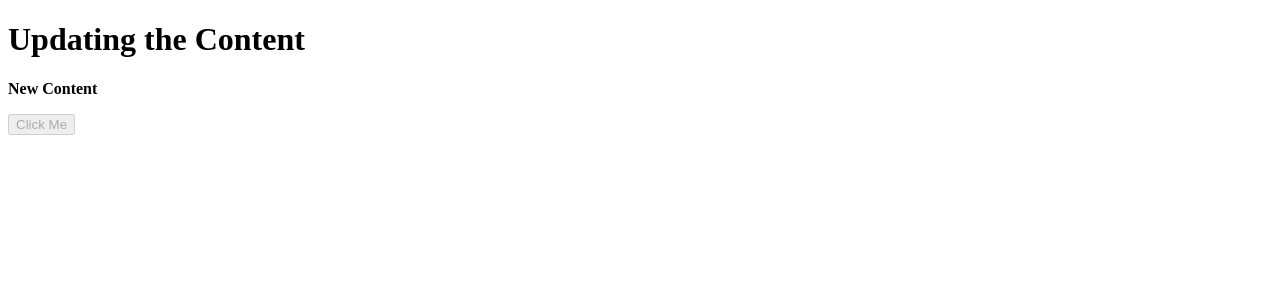
Repository: Jyoshika1263/Java-Training_Genpact
Page: shop/src/main/resources/static/index.html
These files come from the project's save history. The page is drawn as it stood at one moment and after the next save; the edit follows.
The browser window is 1280 px wide. The pictures show the whole page.

Above is the page before, as saved 2025-02-27 10:40:02.

### shop/src/main/resources/static/index.html
<!--
<!DOCTYPE html>
<html lang="en">
<head>
<meta charset="UTF-8">
<meta name="viewport" content="width=device-width, initial-scale=1.0">
<title>Welcome to javascript</title>
<style>
        body {
            font-family: Arial, sans-serif;
            margin: 20px;
        }
        h1 {
            color: #333;
        }
        table {
            width: 100%;
            border-collapse: collapse;
        }
        th, td {
            border: 1px solid #ddd;
            padding: 8px;
            text-align: left;
        }
        th {
            background-color: #f2f2f2;
        }
        tr:nth-child(even) {
            background-color: #f9f9f9;
        }
        tr:hover {
            background-color: #f1f1f1;
        }
</style>
</head>
<body>
<h1>Welcome to Online Book Shop</h1>
<table>
<tr>
<th>BookID</th>
<th>Title</th>
<th>Author</th>
<th>Price</th>
</tr>
<tr>
<td>1</td>
<td>Book1</td>
<td>author1</td>
<td>99</td>
</tr>
<tr>
<td>2</td>
<td>B</td>
<td>bb</td>
<td>500</td>
</tr>
<tr>
<td>3</td>
<td>C</td>
<td>cc</td>
<td>200</td>
</tr>
</table>
</body>
</html>
-->




<!--
<!DOCTYPE html>
<html lang="en">
<head>
    <meta charset="UTF-8">
    <meta name="viewport" content="width=device-width, initial-scale=1.0">
    <title>Book Form</title>
    <link rel="stylesheet" href="style.css">
</head>
<body>

<h2>Book form</h2>

<form action="/submit" method="post">
    <label for="name">Book Name:</label>
    <input type="text" id="name" name="name" required>

    <label for="email">Author:</label>
    <input type="email" id="email" name="email" required>

    <label for="message">Price:</label>
    <textarea id="message" name="message" rows="4" required></textarea>

    <button type="submit">Add book</button>
</form>

</body>
</html>
-->

<!DOCTYPE html>
<html>
<head>
<title> Online Book Shop </title>
</head>
<body>
<h1 id='heading'> Welcome to JavaScript</h1>
<p class="message"> Welcome to javaScript </p>
<button id='btn'>Click Me</button>
</body>
<script>

		/*function example(){
			let x=10;
			if(true){
				let  x =20
				console.log(x);
			}
			console.log(x);
		}
		example();
		*/
		function example1(){
			console.log(5 == '5');  // Equal to (Loose comparison) -> true (only checks value)
			console.log(5 === '5'); // Strict equal to -> false (checks type and value)

			console.log(5 != '5');  // Not equal -> false
			console.log(5 !== '5'); // Strict not equal -> true

			// Logical Operators
			console.log(5 > 3 && 5 > 2);  // AND (both conditions must be true) -> true
			console.log(5 > 3 || 5 < 2);  // OR (at least one condition is true) -> true
			console.log(!(5 > 3));        // NOT (negates the condition) -> false
			   let a = 10;
	            let b = 20;
	            let c = "20";
	            console.log('Arithmetic Operators:');
	            console.log('a + b =', a + b);
	            console.log('a - b =', a - b);
	            console.log('a * b =', a * b);
	            console.log('a / b =', a / b);
	            console.log('a % b =', a % b);
	            console.log('a++ =', a++);
	            console.log('++a =', ++a);
	            console.log('a-- =', a--);
	            console.log('--a =', --a);

			let name = "Tanuj";
		    console.log("Hello, " + name + " Welcome");

		    name = "Tanuj";
		    console.log(`Hello, ${name} Welcome`);

		    let text = "This is line1. \n" + "This is line2.";
		    console.log(text);

		    text = `This is line1.
					This is line2.`;
		    console.log(text);

		    let product = "Laptop";
		    let price = 55000;
		    console.log(`The price of ${product} is ${price}`);

		    let text1 = "JavaScript Learning..."

		    	console.log(text1.length); //->return string length
		    	console.log(text1.toUpperCase());
		    	console.log(text1.toLowerCase());
		    	console.log(text1.trim());
		    	console.log(text1.slice(2,10));
		    	console.log(text1.replace("Java","type"));
		    	//console.log(text.split(separator));
		    	console.log(text1.split(","));


		    	//index from 0
		    	//accesss array elemnts ->array

		    	//Array methods :
		    		//Array methods
    let numbers = [10, 20, 30, 40, 50];
    let gadgets = ["Laptop", "Smartphone", "TV"];
    console.log(gadgets[2]);

    gadgets.push("Earphone");
    console.log(gadgets);

    gadgets.pop();
    console.log(gadgets);

    gadgets.shift();
    console.log(gadgets);

    gadgets.unshift("Mic");
    console.log(gadgets);

    console.log(gadgets.indexOf("Smartphone"));
    console.log(gadgets.includes("Earphone"));

    console.log(gadgets.slice(1, 2));

    gadgets.splice(1, 2);
    console.log(gadgets);

    console.log(gadgets.join(" - "));

    gadgets.reverse();
    console.log(gadgets);

    gadgets.sort();
    console.log(gadgets);

    gadgets.forEach(gadget => console.log(gadget));

    let squaredNumbers = numbers.map(num => num * num);
    console.log(squaredNumbers);

		    	// console.log(gadgets.push("Earphone"));
		    	// console.log(gadgets.pop()); // ->remove last item ->
		    	// console.log(gadgets.shift()); //-> remove first item ->
		    	// console.log(gadgets.unshift("Mic")); // -> add item at beginning of array ->
		    	// console.log(gadgets.indexOf(2)); //-> find a index of value
		    	 //console.log(gadgets.includes(3)); // ->check if value exsist
		    	// console.log(gadgets.slice(1,3)); // ->return part of an array
		    	 //console.log(gadgets.splice(1,2)); // ->remove item ->gadgets(index,count) -> start from index1 and remove 2 elemts
		    	// console.log(gadgets.join("-")); //.join(separator) ->convert array into string ->
		    	// console.log(gadgets.reverse()); // -> reverse array
		    	 //console.log(gadgets.sort()); // ->sort array

		    	//looping through array

		    	//->using for Each
		    	gadgets.forEach((gadget) => console.log(gadget));

		    	//->map() ->return s new arrays
		    	num=1;
		    	let squarednumbers = numbers.map(num => num*num);
		    	// Deleting a property from an object
		    	let person = {
		    	    name: "John",
		    	    age: 30,
		    	    hasVoterCard: true
		    	};

		    	delete person.hasVoterCard;
		    	console.log(person);  // { name: "John", age: 30 }

		    	// Objects can have functions as properties
		    	let user = {
		    	    name: "Tanuj",
		    	    greet: function() {
		    	console.log(`Hello, my name is ${this.name}`);
		    	    }
		    	};

		    	user.greet();  // Output: Hello, my name is Tanuj

		    	// Object Destructuring (ES6)
		    	// Extract object properties using shorter syntax
		    	let personData = { name1: "Ajay", age: 25, city: "Delhi" };
		    	let { name1, age, city } = personData;
		    	console.log(age);  // Output: 25

		    	// Object Spread Operator (ES6)
		    	// Used for copying or merging objects

		    	// Copy objects
		    	let obj1 = { a: 12, b: 15 };
		    	let obj2 = { ...obj1, c: 20 };
		    	console.log(obj2);  // Output: { a: 12, b: 15, c: 20 }

		    	// Merge objects
		    	let userP = { name2: "Tanuj", age: 25 };
		    	let userLoc = { city: "MP", country: "India" };
		    	let userAll = { ...userP, ...userLoc };

		    	console.log(userAll);
		    	// Output: { name: "Tanuj", age: 25, city: "MP", country: "India" }
		    	for (let key in person) {
		            console.log(key + ": " + person[key]);
		        }

		        for (let gadget of gadgets) {
		            console.log(gadget);
		        }

		        for (let number of numbers) {
		            console.log(number);
		        }



		        const add = function(a, b) {
		            return a + b;
		        };
		        console.log(add(4, 5));

		        const multiply = (x, y) => x * y;
		        console.log(multiply(12, 23));

		        const cube = x => x * x * x;
		        console.log(cube(5));

		        const greet = (name) => {
		            let message = `Hello, ${name}, Welcome`;
		            return message;
		        };
		        console.log(greet("Tanuj"));

		        // Higher Order Function (HOF)
		        const hofExample = (fn, x, y) => {
		            return fn(x, y);
		        };
		        console.log(hofExample(add, 4, 5));

		        // Object with function as property
		        let user2 = {
		            name: "Tanuj",
		            greet: function() {
		                console.log(`Hello, my name is ${this.name}`);
		            }
		        }


		// HotelManagementSystem

		// Sample hotel rooms data
		const hotelRooms = [
		    { type: "standard", price: 5000, available: true },
		    { type: "deluxe", price: 10000, available: true },
		    { type: "suite", price: 15000, available: false },
		    { type: "presidential", price: 20000, available: true }
		];

		// Function to find available rooms based on price range
		function findAvailableRooms(rooms, minPrice, maxPrice) {
		    return rooms.filter(room =>
		        room.available && room.price >= minPrice && room.price <= maxPrice
		    ).map(room => ({
		        type: room.type,
		        price: room.price
		    }));
		}

		// Function call
		const availableRooms = findAvailableRooms(hotelRooms, 5000, 15000);
		console.log(availableRooms);

		// ShoppingCart

		// Sample cart items data
		const cartItems = [
		    { name: "Phone", price: 55000, quantity: 1 },
		    { name: "Bottle", price: 1500, quantity: 2 },
		    { name: "Keyboard", price: 3000, quantity: 1 }
		];

		// Function to generate receipt
		function generateReceipt(cart) {
		    let total = 0;
		    console.log("Receipt:");
		     console.log("------------------------------");
		     cart.forEach(item => {
		         const itemTotal = item.price * item.quantity;
		         console.log(`${item.name} - Price: ₹${item.price}, Quantity: ${item.quantity}, Total: ₹${itemTotal}`);
		         total += itemTotal;
		     });

		     console.log("------------------------------");
		     console.log(`Total Price: ₹${total}`);
		}

		generateReceipt(cartItems);

		// Student Report Card

		// Sample student data
		// Creating a constant object with student data
        const studentData = [
            {
                name: "Jyoshika",
                marks: { math: 85, science: 90, english: 88 }
            },
            {
                name: "Sanjana",
                marks: { math: 78, science: 82, english: 80 }
            },
            {
                name: "Neelima",
                marks: { math: 92, science: 95, english: 94 }
            },
            {
                name: "Amrutha",
                marks: { math: 70, science: 75, english: 72 }
            }
        ];

        // Function to generate report card for a student
        function generateReportCard(student) {
            let { name, marks } = student;
            let totalMarks = marks.math + marks.science + marks.english;
            let averageMarks = totalMarks / 3;
            let percentage = (totalMarks / 300) * 100;

            console.log(`Report card for ${name}:`);
            console.log(`Total marks: ${totalMarks}`);
            console.log(`Average marks: ${averageMarks}`);
            console.log(`Percentage: ${percentage}%`);
        }

        // Generating report cards for all students
        studentData.forEach(student => generateReportCard(student));

     // Select elements by ID
        const heading = document.getElementById('heading');
        console.log(heading.textContent); // Welcome to J5

        // Select elements by class
        const messages = document.getElementsByClassName('message');

        // Select elements by tag name
        const hiHeadings = document.getElementsByTagName('h1');

        // QuerySelector - finds the first matching element
        const headingSelector = document.querySelector('#heading'); // Select by ID
        const messageSelector = document.querySelector('.message'); // Select by class

        // Modifying DOM Elements

        // Change text content
        headingSelector.textContent = "Updating the Content";

        // Change inner HTML
        const headingP = document.querySelector('.message');
        headingP.innerHTML = "<strong>New Content</strong>";

        // Disable and enable button
        const button = document.querySelector('#btn');
        button.setAttribute('disabled', 'true'); // Disable the button
        // To enable the button, use the line below:
        // button.removeAttribute('disabled');

		}
		example1();

</script>
</html>

After the next save:
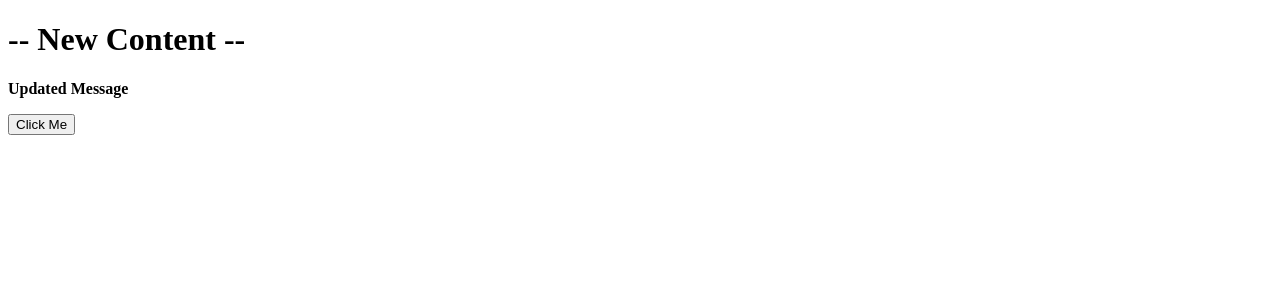
Saved 11 min 19 s later.
--- a/shop/src/main/resources/static/index.html
+++ b/shop/src/main/resources/static/index.html
@@ -412,34 +412,88 @@
         // Generating report cards for all students
         studentData.forEach(student => generateReportCard(student));
 
-     // Select elements by ID
-        const heading = document.getElementById('heading');
-        console.log(heading.textContent); // Welcome to J5
-
-        // Select elements by class
-        const messages = document.getElementsByClassName('message');
-
-        // Select elements by tag name
-        const hiHeadings = document.getElementsByTagName('h1');
-
-        // QuerySelector - finds the first matching element
-        const headingSelector = document.querySelector('#heading'); // Select by ID
-        const messageSelector = document.querySelector('.message'); // Select by class
-
-        // Modifying DOM Elements
-
-        // Change text content
-        headingSelector.textContent = "Updating the Content";
-
-        // Change inner HTML
-        const headingP = document.querySelector('.message');
-        headingP.innerHTML = "<strong>New Content</strong>";
-
-        // Disable and enable button
-        const button = document.querySelector('#btn');
-        button.setAttribute('disabled', 'true'); // Disable the button
-        // To enable the button, use the line below:
-        // button.removeAttribute('disabled');
+
+        document.addEventListener("DOMContentLoaded", () => {
+
+            // 1. Select elements using different methods
+
+            const heading = document.getElementById("heading");
+
+            const messages = document.getElementsByClassName("message");
+
+            const h1Headings = document.getElementsByTagName("h1");
+
+            // Query Selectors
+
+            const headingQuery = document.querySelector("#heading"); // Select by ID
+
+            const messageQuery = document.querySelector(".message"); // Select by Class
+
+            // 2. Modifying DOM Elements
+
+            if (heading) {
+
+                console.log("Original Heading:", heading.textContent);
+
+                heading.textContent = "-- New Content --";
+
+            }
+
+            if (messageQuery) {
+
+                messageQuery.innerHTML = "<strong>Updated Message</strong>";
+
+            }
+
+            // Disable a button
+
+            const button = document.querySelector("#btn");
+
+            if (button) {
+
+                button.setAttribute("disabled", "true"); // Disable the button
+
+            }
+
+            // 3. Event Handling
+
+            if (button) {
+
+                button.removeAttribute("disabled"); // Enable button again
+
+                button.addEventListener("click", () => {
+
+                    heading.textContent = "Heading Changed!";
+
+                    alert("Button Clicked!");
+
+                });
+
+                // Change background color on mouseover
+
+                button.addEventListener("mouseover", () => {
+
+        button.style.backgroundColor = "lightblue";
+
+                });
+
+                button.addEventListener("mouseout", () => {
+
+        button.style.backgroundColor = "";
+
+                });
+
+                // Keypress event listener
+
+                document.addEventListener("keypress", (event) => {
+
+                    console.log("Key Pressed:", event.key);
+
+                });
+
+            }
+
+        });
 
 		}
 		example1();
